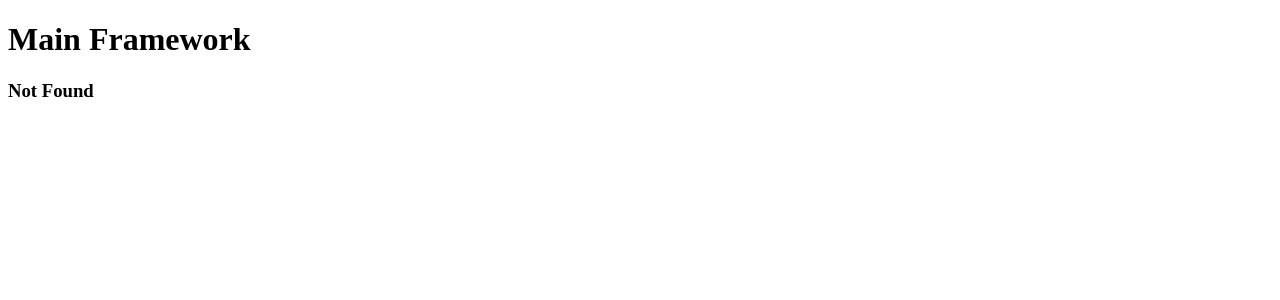
Repository: GregorPiev/angularjs-add-book
Page: index.html
These files come from the project's save history. The page is drawn as it stood at one moment and after the next save; the edit follows.
The browser window is 1280 px wide. The pictures show the whole page.

Above is the page before, as saved 2020-09-23 15:52:38.

After the next save:
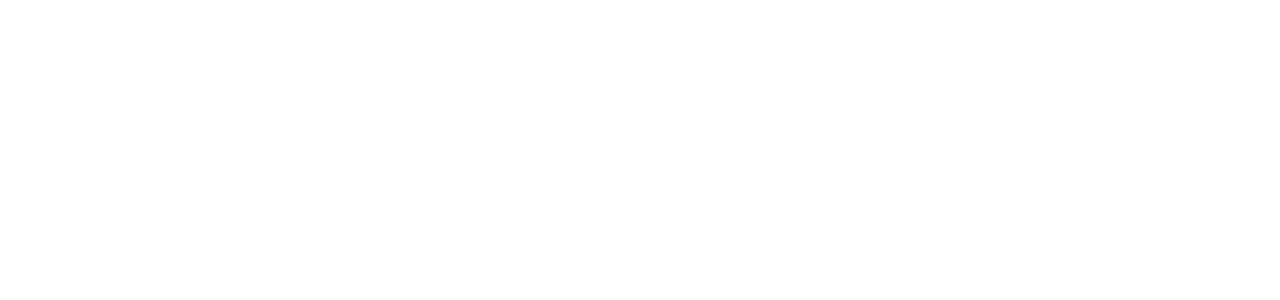
Console error (its wording comes from the project's code and is left out).
Saved 17 s later.
--- a/app/app.module.js
+++ b/app/app.module.js
@@ -4,6 +4,8 @@
     'ngResource',
 
     'main',
-    'genre'
-
+    'genre',
+    'subgenre',
+    'addSubgenre',
+    'addBookItem'
 ]);

After the save that followed:
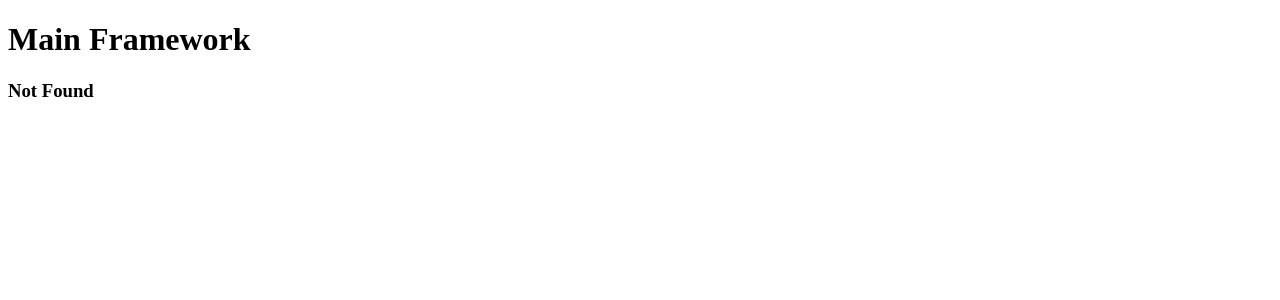
The error is gone.
Saved 33 s later.
--- a/index.html
+++ b/index.html
@@ -24,7 +24,7 @@
 		<script src="app/genre/genre.component.js"></script>
 		<script src="app/genre/component/genre.controller.js"></script>
 
-		<!-- <script src="app/subgenre/subgenre.module.js"></script>
+		<script src="app/subgenre/subgenre.module.js"></script>
 		<script src="app/subgenre/subgenre.component.js"></script>
 		<script src="app/subgenre/component/subgenre.controller.js"></script>
 
@@ -34,7 +34,7 @@
 
 		<script src="app/add-book/add-book.module.js"></script>
 		<script src="app/add-book/add-book.component.js"></script>
-		<script src="app/add-book/component/add-book.controller.js"></script> -->
+		<script src="app/add-book/component/add-book.controller.js"></script>
 
 		<!-- <script src="app/service/service.module.js"></script>
 		<script src="app/service/service.service.js"></script> -->
